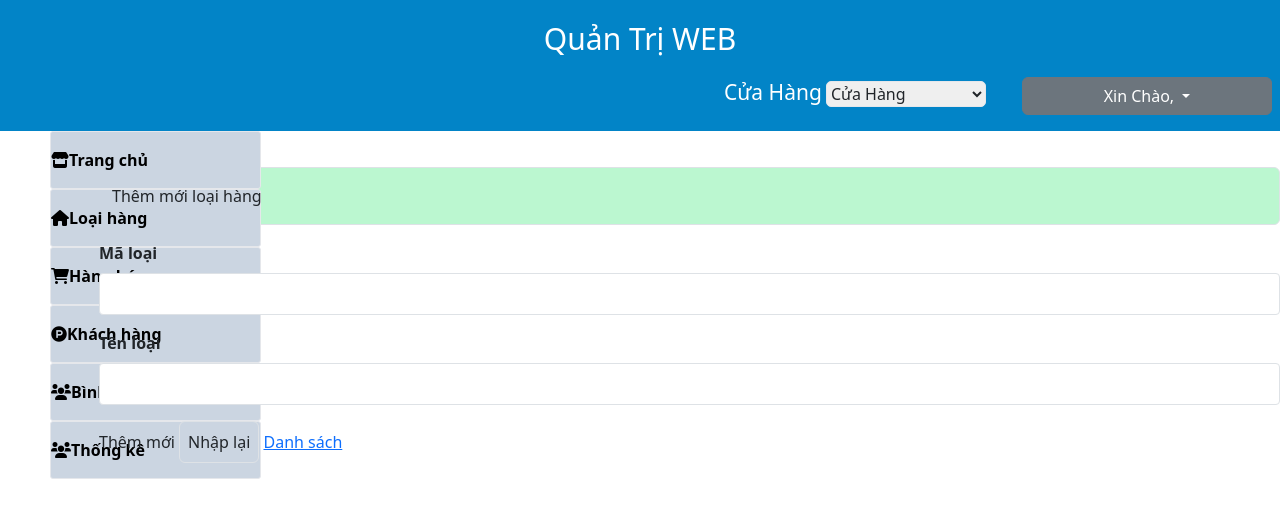
Repository: Leduc20/ASM-duanmau
Page: http://localhost/admin/index.php?act=addlh
An editor plug-in stored every save of this project. The page is shown before and after a run of saves, followed by the edit.
The browser window is 1280 px wide. The pictures show the whole page.
Some web libraries are served in a nearby version. The page is run by PHP 8.4 with error messages shown; the project is at /var/www/html/.

Above is the page before, as saved 2022-10-07 01:07:57.

### admin/index.php
<?php

include "../model/pdo.php";
include "../model/line.php";
include "../model/products.php";
include "header.php";
include "nav.php";
// $VIEW_NAME="header.php";
// controler
if (isset($_GET['act'])) {
    $act = $_GET['act'];
    switch ($act) {
            //loại hàng
        case 'addlh':
            if (isset($_POST['themmoi'])) {
                $tenloai = $_POST['tenloai'];
                insert_line($tenloai);
                $error = "Thêm thành công";
            }
            include "./line/add.php";
            break;
        case 'dslh':
            $listline = loadall_line();
            include "./line/list.php";
            break;
        case 'deletelh':
            if (isset($_GET['id_commodities'])) {
                delete_line($_GET['id_commodities']);
            }
            $listline = loadall_line();
            include "./line/list.php";
            break;
        case 'editlh':
            if (isset($_GET['id_commodities'])) {

                $dm = loadone_line($_GET['id_commodities']);
            }
            $sql = "SELECT * FROM ` commodities` order by id_commodities desc";
            $listline = pdo_query_one($sql);
            include "./line/upadate.php";
            break;
        case 'update':
            if (isset($_POST['update'])) {
                $tenloai = $_POST['tenloai'];
                $id = $_POST['id'];
                update_line($id, $tenloai);
                $error = "Cập nhật thành công";
            }
            $listline = loadall_line();
            include "./line/list.php";
            break;

            //hàng hoa\
        case 'addhh':
            if (isset($_POST['themmoi'])) {
                $idlh = $_POST['idlh'];
                $name = $_POST['name'];
                $price = $_POST['price'];
                $sale = $_POST['sale'];
                $detail = $_POST['detail'];
                //lay ra anh va ten
                $filename = $_FILES['image']['name'];
                //noi duoc uplaod anh
                $folder = "../upload/";
                $targetupload = $folder . basename($_FILES['image']['name']);
                if (move_uploaded_file($_FILES['image']['tmp_name'], $targetupload)) {
                } else {
                }
                insert_products($name, $filename, $price, $detail, $sale, $idlh);
                $error = "Thêm thành công";
            }
            $listline = loadall_line();
            include "./products/add.php";
            break;
        case 'dshh':
            if (isset($_POST['seach'])) {
                $key = $_POST['key'];
                $idlh = $_POST['idlh'];
            } else {
                $key = '';
                $idlh = 0;
            }
            $listline = loadall_line();
            $listproducts = loadall_products($key, $idlh);
            include "./products/list.php";
            break;
        case 'deletehh':
            if (isset($_GET['id_pro']) && ($_GET['id_pro'] > 0)) {
                delete_products($_GET['id_pro']);
            }
            $listproducts = loadall_products('', 0);
            // var_dump($listproducts);
            include "./products/list.php";
            break;
        case 'edithh':
            if (isset($_GET['id_pro'])) {

                $product = loadone_products($_GET['id_pro']);
            }
            // $sql = "SELECT * FROM ` commodities` order by id desc";
            // $listproducts = pdo_query($sql);
            $listline = loadall_line();
            include "./products/update.php";
            break;
        case 'updatehh':
            if (isset($_POST['update'])) {
                $id_hh = $_POST['id_hh'];
                $idlh = $_POST['idlh'];
                $name = $_POST['name'];
                $price = $_POST['price'];
                $sale = $_POST['sale'];
                $detail = $_POST['detail'];
                //lay ra anh va ten
                $filename = $_FILES['image']['name'];
                //noi duoc uplaod anh
                $folder = "../upload/";
                $targetupload = $folder . basename($_FILES['image']['name']);
                if (move_uploaded_file($_FILES['image']['tmp_name'], $targetupload)) {
                } else {
                }
                update_products($id_hh,$name, $filename, $price, $detail, $sale, $idlh);
                $error = "Thêm thành công";
            }
            $listproducts = loadall_products();
            include "./products/list.php";
            break;
            // case 'addhh':
            //     include "./products/add.php";
            //     break;
            // case 'dshh':
            //     include "./products/list.php";
            //     break;
            // case 'updatesp':
            //     include "./products/list.php";
            //     break;
            //khach hang
        case 'addkh':
            include "./listuser/add.php";
            break;
        case 'dskh':
            include "./listuser/list.php";
            break;
            //Binh luan
        case 'dsbl':
            include "./comment/list.php";
            break;
        case 'blct':
            include "./comment/detail.php";
            break;
            //thong kê
        case 'dstk':
            include "./statistic/list.php";
            break;
        case '':
            include "./thongke/danhsach.php";
            break;
        default:
            include "home.php";
            break;
    }
} else {
    include "home.php";
}

### model/pdo.php
<?php
function pdo_get_connection(){
    $server="localhost";
    $username="root";
    $password="";

    try {
        $conn=new PDO("mysql:host=$server;dbname=duanmau",$username,$password);
        //set PDO
        $conn->setAttribute(PDO::ATTR_ERRMODE,PDO::ERRMODE_EXCEPTION);
        // echo "Kết nối ok";
        return $conn;
    } catch (PDOException $e) {
        echo"lỗi".$e->getMessage();
    }
}
    //sql luôn là giá trị đầu tiên
    //sql,....id
    //"insert into loai(ten_loai) values(?)","Laptop";

    //Hàm thao tác dữ liệu
    function pdo_execute($sql){
        $sql_args = array_slice(func_get_args(), 1);
        try{
            $conn = pdo_get_connection();
            $stmt = $conn->prepare($sql);
            $stmt->execute($sql_args);
        }
        catch(PDOException $e){
            throw $e;
        }
        finally{
            unset($conn);
        }
    }


    //Lấy ra tất cả dữ liệu
    function pdo_query($sql){
        $sql_args=array_slice(func_get_args(),1);
        try {
            $conn=pdo_get_connection();
            $stmt=$conn->prepare($sql);
            $stmt->execute($sql_args);
            $row=$stmt->fetchAll();
            return $row;
        } catch (PDOException $e) {
            throw $e;

        }
        finally{
            unset($conn);
        }
    }
    //Lấy ra dữ liệu 1 bảng

    function pdo_query_one($sql){
        $sql_args=array_slice(func_get_args(),1);
        try {
            $conn=pdo_get_connection();
            $stmt=$conn->prepare($sql);
            $stmt->execute($sql_args);
            $row=$stmt->fetch(PDO::FETCH_ASSOC);
            return $row;
        } catch (PDOException $e) {
            throw $e;

        }
        finally{
            unset($conn);
        }
    }

    //Lấy ra dữ liệu theo giá trị
    function pdo_query_values($sql){
        $sql_args=array_slice(func_get_args(),1);
        try {
            $conn=pdo_get_connection();
            $stmt=$conn->prepare($sql);
            $stmt->execute($sql_args);
            $row=$stmt->fetch(PDO::FETCH_ASSOC);
            return array_values($row)[0];
        } catch (PDOException $e) {
            throw $e;

        }
        finally{
            unset($conn);
        }
    }

### model/line.php
<?php
function insert_line($tenloai)
{
    $sql = "INSERT INTO ` commodities`(`name`) VALUES ('$tenloai')";
    pdo_execute($sql);
}
function delete_line($id)
{
    $sql = "DELETE FROM ` commodities` WHERE id_commodities=$id";
    pdo_execute($sql);
}
function loadall_line()
{
    $sql = "SELECT * FROM ` commodities` order by id_commodities desc";
    $listline = pdo_query($sql);
    return $listline;
}
function loadone_line($id)
{
    $sql = "SELECT * FROM ` commodities` WHERE id_commodities =$id";
    $dm = pdo_query_one($sql);
    return $dm;
}
function update_line($id,$tenloai)
{
    $sql = "UPDATE ` commodities` SET name='" . $tenloai . "' WHERE id_commodities=" . $id;
    pdo_execute($sql);
}

### model/products.php
<?php
function insert_products($name, $filename, $price, $detail, $sale,$idlh)
{
    $sql="INSERT INTO products(`name`, `image`, `price`, `detail`, `sale`, `id_commodities`) VALUES ('$name','$filename','$price','$detail','$sale','$idlh')";
    pdo_execute($sql);
}
function delete_products($id)
{
    $sql = "DELETE FROM `products` WHERE id_hh=".$id;
    pdo_execute($sql);
}
function loadall_products($key,$idlh)
{
    $sql = "SELECT * FROM `products` where 1";
    if($key!=""){
        $sql.=" and name like '%".$key."%'";
    }
    if($idlh>0){
        $sql.=" and id_commodities='".$idlh."'";
    }
    $sql.= " order by id_hh desc";
    $listproducts = pdo_query($sql);
    return $listproducts;
}
function loadone_products($id)
{
    $sql = "SELECT * FROM `products` WHERE id_hh =".$id;
    $dm = pdo_query_one($sql);
    return $dm;
}
function update_products($id_hh,$name, $filename, $price, $detail, $sale, $idlh)
{
    if($filename!=""){
        $sql="UPDATE `products` SET `name`='$name',`image`='$filename',`price`='$price',`detail`='$detail',`sale`='$sale',`id_commodities`='$idlh' where `id_hh`=".$id_hh;
    }else{
        $sql="UPDATE `products` SET `name`='$name',`price`='$price',`detail`='$detail',`sale`='$sale',`id_commodities`='$idlh' where `id_hh`=".$id_hh;
    }

    // $sql = "UPDATE ` products` SET name='" . $tenloai . "' WHERE id_hh=" . $id;
    pdo_execute($sql);
}

### admin/header.php

<!DOCTYPE html>
<html lang="en">

<head>
    <meta charset="UTF-8">
    <meta http-equiv="X-UA-Compatible" content="IE=edge">
    <meta name="viewport" content="width=device-width, initial-scale=1.0">
    <title>Show_Product</title>
    <script src="https://cdn.tailwindcss.com"></script>
    <link rel="stylesheet" href="https://cdn.jsdelivr.net/npm/bootstrap@5.2.0/dist/css/bootstrap.min.css">
    <script src="https://cdn.jsdelivr.net/npm/bootstrap@5.2.0/dist/js/bootstrap.bundle.min.js"></script>
    <link rel="stylesheet" href="../asm/fontawesome-free-6.1.1-web/css/all.min.css">
</head>

<body>
    <section class="bg-sky-600 py-3 px-2">
        <p class="text-center text-white text-[30px]">Quản Trị WEB</p>
        <div class="flex justify-end">
            <form action="">
                <span class="text-white text-[21px]">Cửa Hàng</span>
                <select name="" id="" class="border-[1px] w-[160px] rounded-[5px]">
                    <option value="">Cửa Hàng</option>
                    <option value="">A</option>
                    <option value="">b</option>
                    <option value="">c</option>
                </select>
            </form>
            <div class="dropdown ml-9 w-[250px]">
                <span class="btn btn-secondary dropdown-toggle w-[250px]" href="#" role="button" data-bs-toggle="dropdown" aria-expanded="false">

                    Xin Chào,<?php if (isset($_SESSION['username'])) : ?>
                    <span>
                        <b><?= $_SESSION['username'] ?></b>
                    </span>
                <?php endif ?>
                </span>

                <ul class="dropdown-menu">
                    <li><a class="dropdown-item" href="#"><i class="fa-solid fa-user"></i>Tài khoản</a></li>
                    <li><a class="dropdown-item" href="logout.php">
                            <i class="fa-solid fa-arrow-right-from-bracket"></i>Thoát</a></li>

                </ul>
            </div>
        </div>
    </section>

</body>

</html>

### admin/nav.php

<!DOCTYPE html>
<html lang="en">

<head>
    <meta charset="UTF-8">
    <meta http-equiv="X-UA-Compatible" content="IE=edge">
    <meta name="viewport" content="width=device-width, initial-scale=1.0">
    <title>Quản trị Website</title>
    <script src="https://cdn.tailwindcss.com"></script>
    <link rel="stylesheet" href="https://cdn.jsdelivr.net/npm/bootstrap@5.2.0/dist/css/bootstrap.min.css">
    <script src="https://cdn.jsdelivr.net/npm/bootstrap@5.2.0/dist/js/bootstrap.bundle.min.js"></script>
    <link rel="stylesheet" href="../content/icon/fontawesome-free-6.1.1-web/css/all.min.css">
</head>

<body>

    <section class="flex px-2">
        <div class="w-[20%]">
            <ul>
                <li class="ml-[10px] py-3 ml-1 border-[1px] bg-slate-300 rounded-[3px] font-bold hover:bg-white">
                    <a class="no-underline text-black" href="index.php"><i class="fa-solid fa-store"></i>Trang chủ</a>
                </li>
                <li class="ml-[10px] py-3 ml-1 border-[1px] bg-slate-300 rounded-[3px] font-bold hover:bg-white">
                    <a class="no-underline text-black" href="index.php?act=addlh"><i class="fa-solid fa-house"></i>Loại hàng</a>
                </li>
                <li class="ml-[10px] py-3 ml-1 border-[1px] bg-slate-300 rounded-[3px] font-bold hover:bg-white">
                    <a class="no-underline text-black" href="index.php?act=addhh"><i class="fa-solid fa-cart-shopping"></i>Hàng hóa</a>
                <li class="ml-[10px] py-3 ml-1 border-[1px] bg-slate-300 rounded-[3px] font-bold hover:bg-white">
                    <a class="no-underline text-black" href="index.php?act=addkh"><i class="fa-brands fa-product-hunt"></i>Khách hàng</a>
                </li>
                <li class="ml-[10px] py-3 ml-1 border-[1px] bg-slate-300 rounded-[3px] font-bold hover:bg-white">
                    <a class="no-underline text-black" href="index.php?act=dsbl"><i class="fa-solid fa-users"></i>Bình luận</a>
                </li>
                <li class="ml-[10px] py-3 ml-1 border-[1px] bg-slate-300 rounded-[3px] font-bold hover:bg-white">
                    <a class="no-underline text-black" href="index.php?act=dstk"><i class="fa-solid fa-users"></i>Thống kê</a>
                </li>
            </ul>
        </div>
        <!-- <div class="w-[80%]">
            <div class="p-4">
                <h2 class="text-[22px] font-bold text-center py-3">Danh sách sản phẩm</h2>
            </div>
        </div> -->
    </section>
</body>

</html>

### admin/line/add.php
<!DOCTYPE html>
<html lang="en">

<head>
    <meta charset="UTF-8">
    <meta http-equiv="X-UA-Compatible" content="IE=edge">
    <meta name="viewport" content="width=device-width, initial-scale=1.0">
    <title>index</title>
    <script src="https://cdn.tailwindcss.com"></script>
    <link rel="stylesheet" href="https://cdn.jsdelivr.net/npm/bootstrap@5.2.0/dist/css/bootstrap.min.css">
    <script src="https://cdn.jsdelivr.net/npm/bootstrap@5.2.0/dist/js/bootstrap.bundle.min.js"></script>
</head>

<body>
    <section class="mt-[-336px] ml-[99px]">
        <div class="max-w-[1200px] m-auto">
            <div class="border bg-green-200 mt-2 rounded">
                <p class="ml-3 mt-3">Thêm mới loại hàng</p>
            </div>
            <div>
                <form action="index.php?act=addlh" method="post" enctype="multipart/form-data">
                    <p class="font-bold mt-3 mb-2">Mã loại</p>
                    <input class="border w-full p-2 rounded-[4px]" type="text" name="" id="">
                    <p class="font-bold mt-3 mb-2">Tên loại</p>
                    <input class="border w-full p-2 rounded-[4px]" type="text" name="tenloai" id="">
                    <!-- <button type="submit" class="p-2 rounded border mt-3">Thêm mới</button> -->
                    <button type="submit" name="themmoi">Thêm mới</button>
                    <button type="reset" class="p-2 rounded border mt-3">Nhập lại</button>
                    <a href="index.php?act=dslh">Danh sách</a>
                </form>
            </div>
            <div class="mt-2 text-red-500 font-bold">
                <?php
                if(isset($error)){
                    echo "Thêm thành công!";
                }
                ?>
            </div>
        </div>
    </section>
</body>

</html>

Loaded but not shown: content/icon/fontawesome-free-6.1.1-web/css/all.min.css (library)

After the next 5 saves:
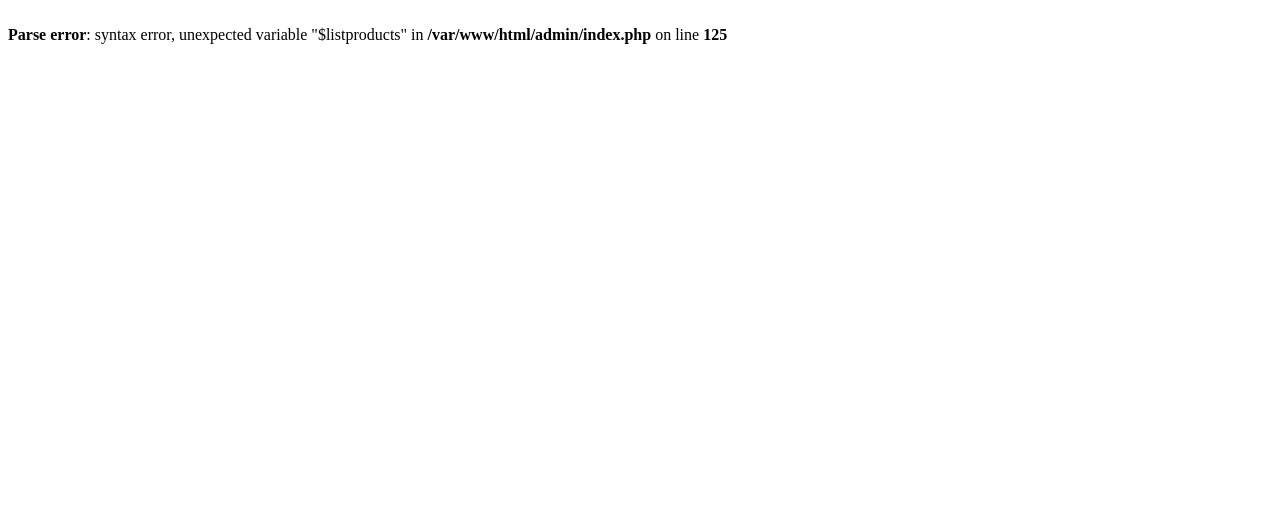
The 5 saves are shown as one change because they came seconds apart.
The last was saved 110 s later.
--- a/admin/index.php
+++ b/admin/index.php
@@ -121,6 +121,7 @@
                 update_products($id_hh,$name, $filename, $price, $detail, $sale, $idlh);
                 $error = "Thêm thành công";
             }
+            $listline=loadall_line()
             $listproducts = loadall_products();
             include "./products/list.php";
             break;

After the save that followed:
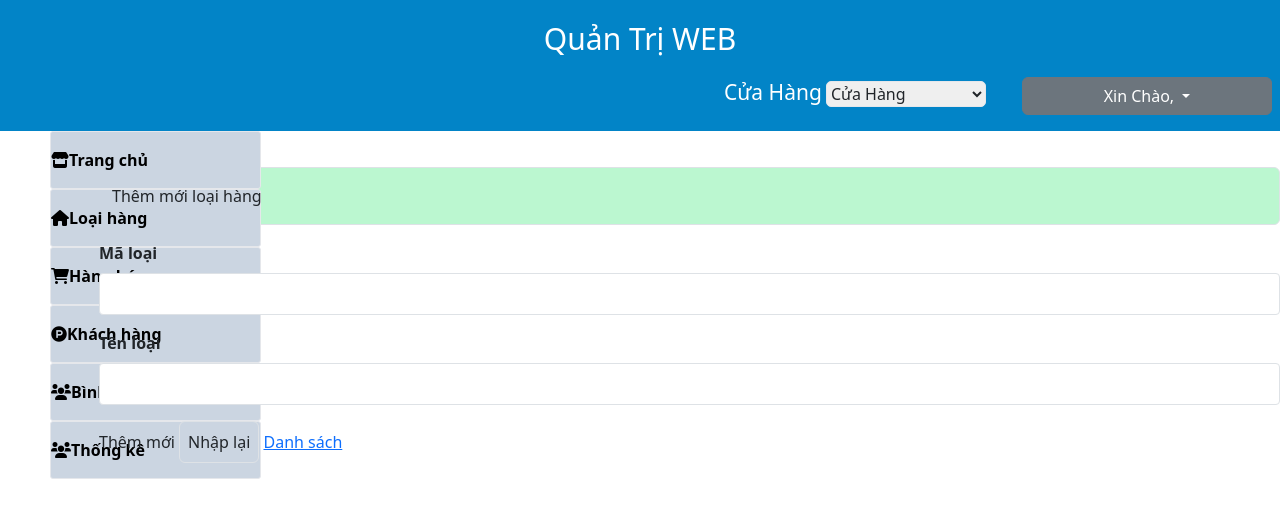
Saved 39 s later.
--- a/admin/index.php
+++ b/admin/index.php
@@ -121,7 +121,7 @@
                 update_products($id_hh,$name, $filename, $price, $detail, $sale, $idlh);
                 $error = "Thêm thành công";
             }
-            $listline=loadall_line()
+            $listline=loadall_line();
             $listproducts = loadall_products();
             include "./products/list.php";
             break;
